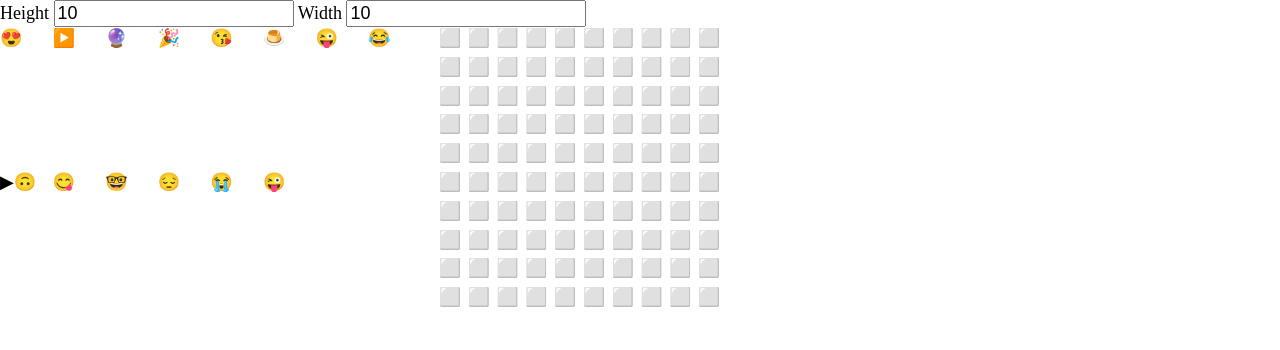
Repository: roast-rabbit/emoji-art-generator
Page: index.html
The author's editor kept a copy of each file at every save. The page is drawn from the files as they stood at one save, then again after the next save.
The browser window is 1280 px wide. The pictures show the whole page.

Above is the page before, as saved 2022-12-06 15:49:06.

After the next save:
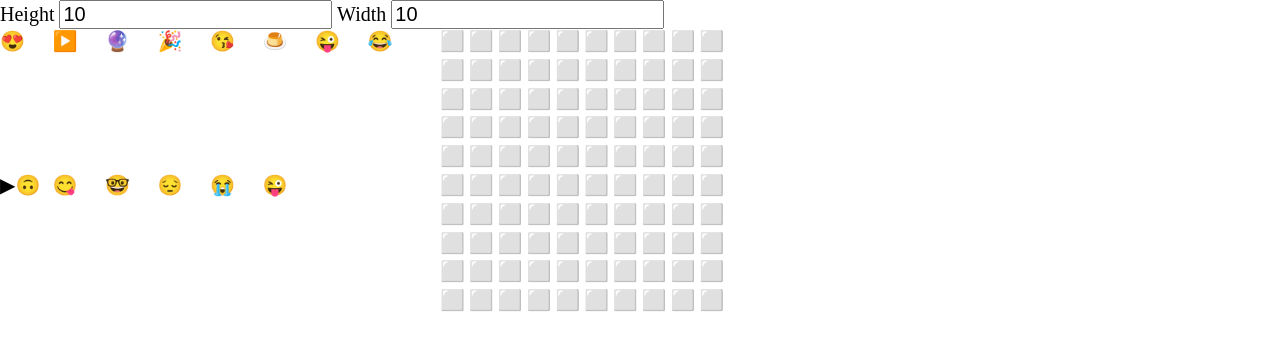
Saved 30 s later.
--- a/styles.css
+++ b/styles.css
@@ -1,5 +1,5 @@
 * {
-  font-size: large;
+  font-size: 20px;
 }
 body {
   margin: 0;
